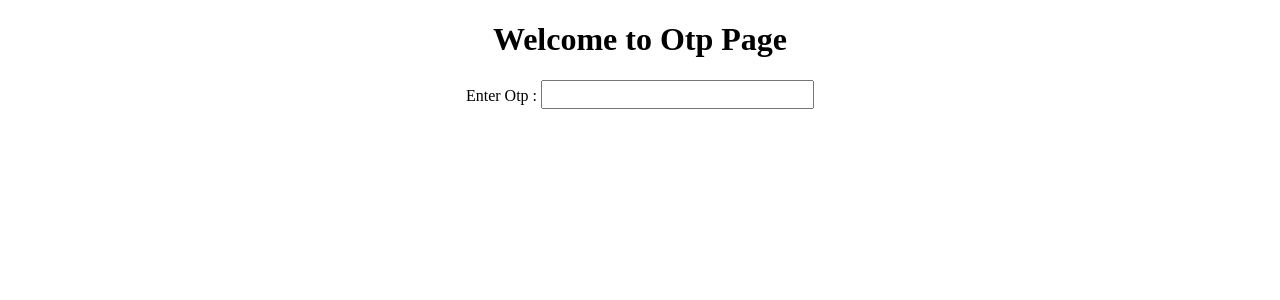
Repository: Boppesurya/advancedjav2
Page: Bank1/WebContent/Otp2.html
An editor plug-in stored every save of this project. The page is shown before and after the next save, followed by the edit.
The browser window is 1280 px wide. The pictures show the whole page.

Above is the page before, as saved 2023-06-08 12:01:31.

### Bank1/WebContent/Otp2.html
<!DOCTYPE html>
<html>
<head>
<meta charset="ISO-8859-1">
<title>Insert title here</title>
</head>
<body>
<center>
<h1>Welcome to Otp Page</h1>
<form action="">
<label>Enter Otp</label>
<label>:</label>
<input type="number" style="font-size:20px;text-align: center;">
</form>
</center>
</body>
</html>

After the next save:
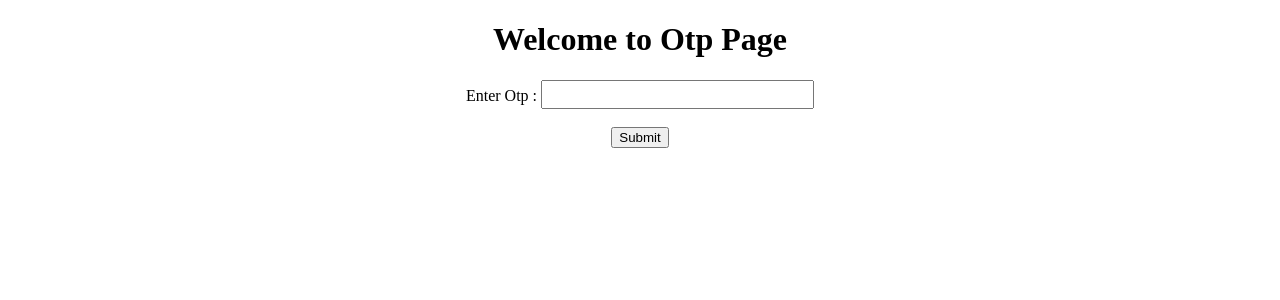
Saved 116 s later.
--- a/Bank1/WebContent/Otp2.html
+++ b/Bank1/WebContent/Otp2.html
@@ -10,7 +10,9 @@
 <form action="">
 <label>Enter Otp</label>
 <label>:</label>
-<input type="number" style="font-size:20px;text-align: center;">
+<input type="number" style="font-size:20px;text-align: center;" name="Otp">
+<br><br>
+<input type="submit">
 </form>
 </center>
 </body>
